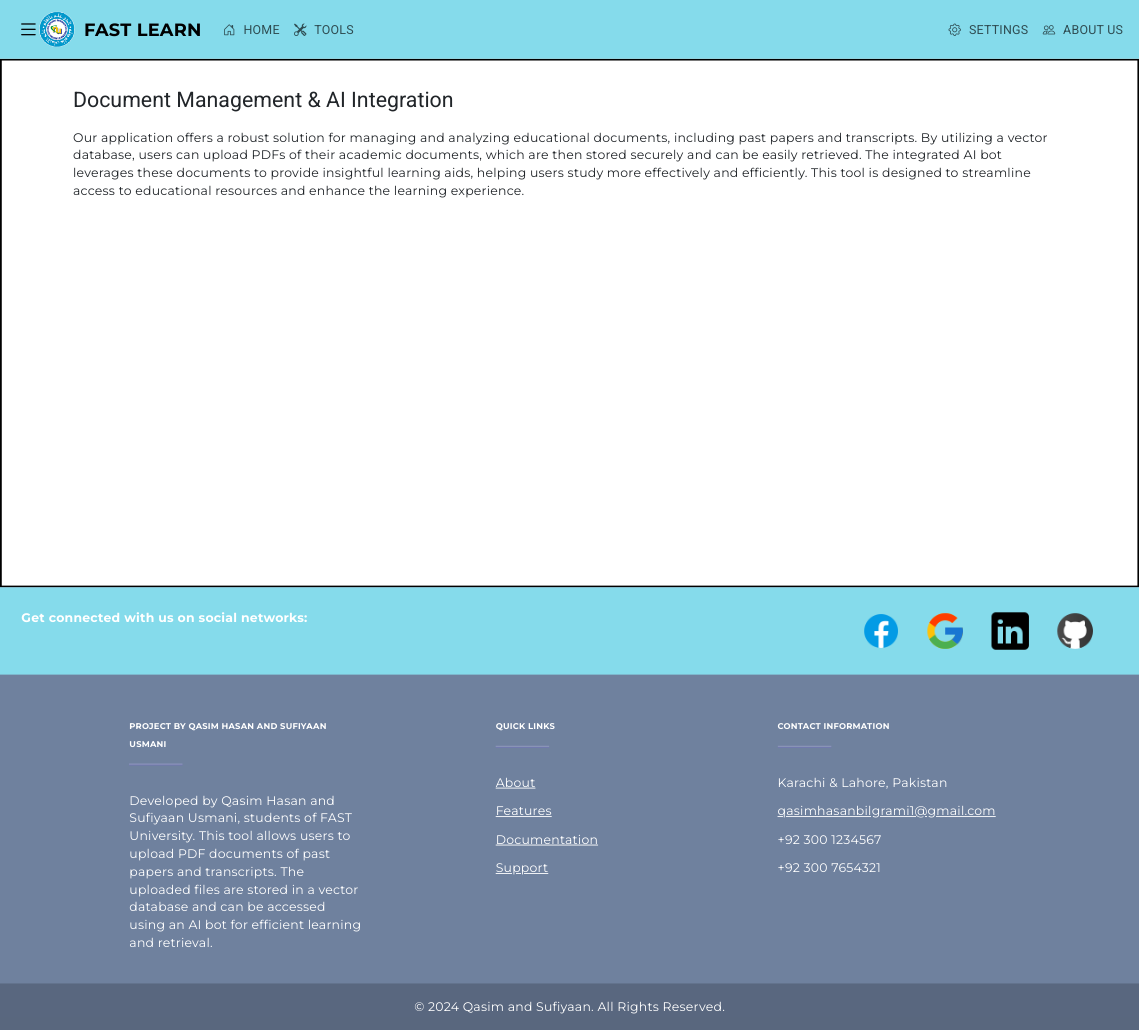
Repository: fastlearn-e0c9858e10ed/Frontend
Page: / (app in fastlearn/)
An editor plug-in stored every save of this project. The page is shown before and after the next save, followed by the edit.
The browser window is 1280 px wide. The pictures show the whole page, at 89% of full size.
The project was rebuilt for these pictures with package versions that can differ from the ones it lists, and the page was loaded fresh each time. Also part of the build but not shown: fastlearn/angular.json.

Above is the page before, as saved 2024-08-19 10:51:58.

After the next save:
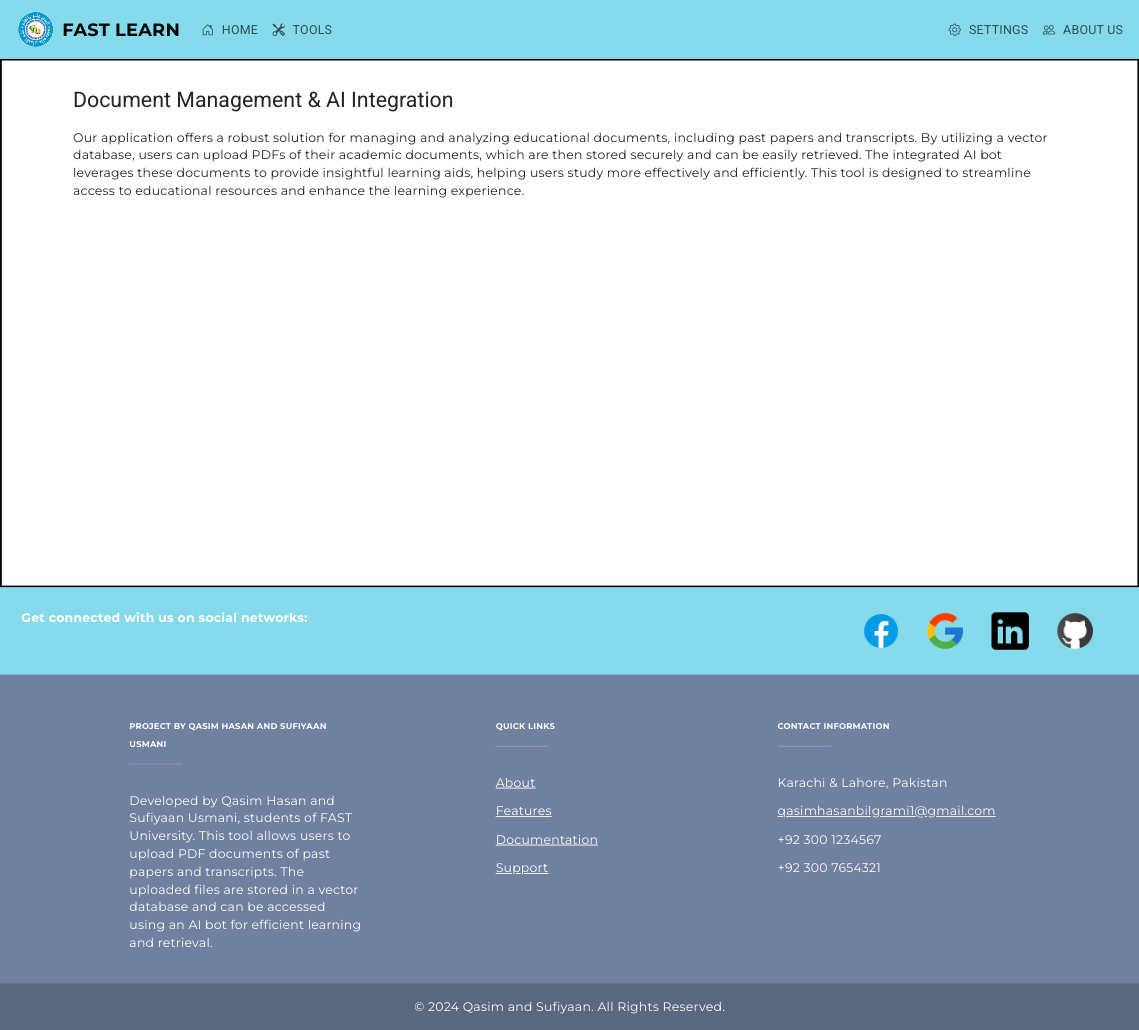
Saved 74 s later.
--- a/fastlearn/src/app/components/header-page/header-page.component.html
+++ b/fastlearn/src/app/components/header-page/header-page.component.html
@@ -1,7 +1,7 @@
 <nav class="navbar navbar-expand-lg navbar-light" style="background-color: #85dbeb;">
   <a class="navbar-brand ml-2 d-flex align-items-center" href="#">
     <!-- Drawer Icon -->
-    <app-drawer-page></app-drawer-page>
+
 
     <!-- Fast Learn Icon and Text -->
     <img src="../../../assets/header_icons/fast.png" alt="Custom Icon" class="navbar-icon mr-2">
